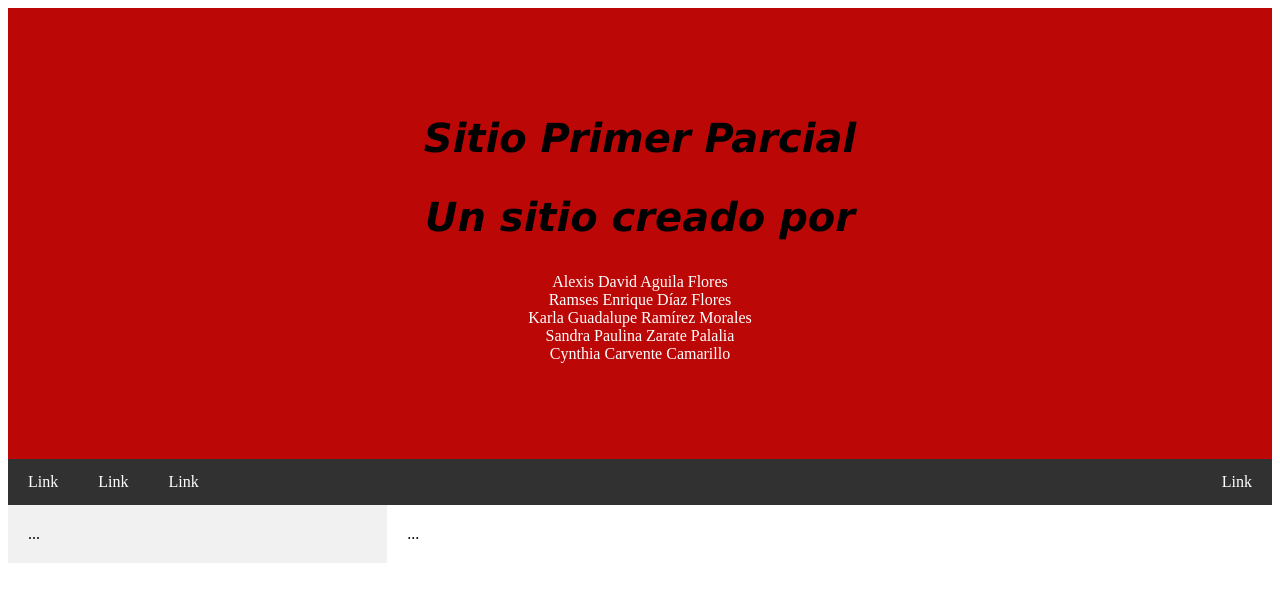
Repository: Dogueen/miniProyectoUniversidad
Page: miniProyecto/miniProyecto.html
These files come from the project's save history. The page is drawn as it stood at one moment and after the next save; the edit follows.
The browser window is 1280 px wide. The pictures show the whole page.

Above is the page before, as saved 2023-10-27 17:16:57.

After the next save:
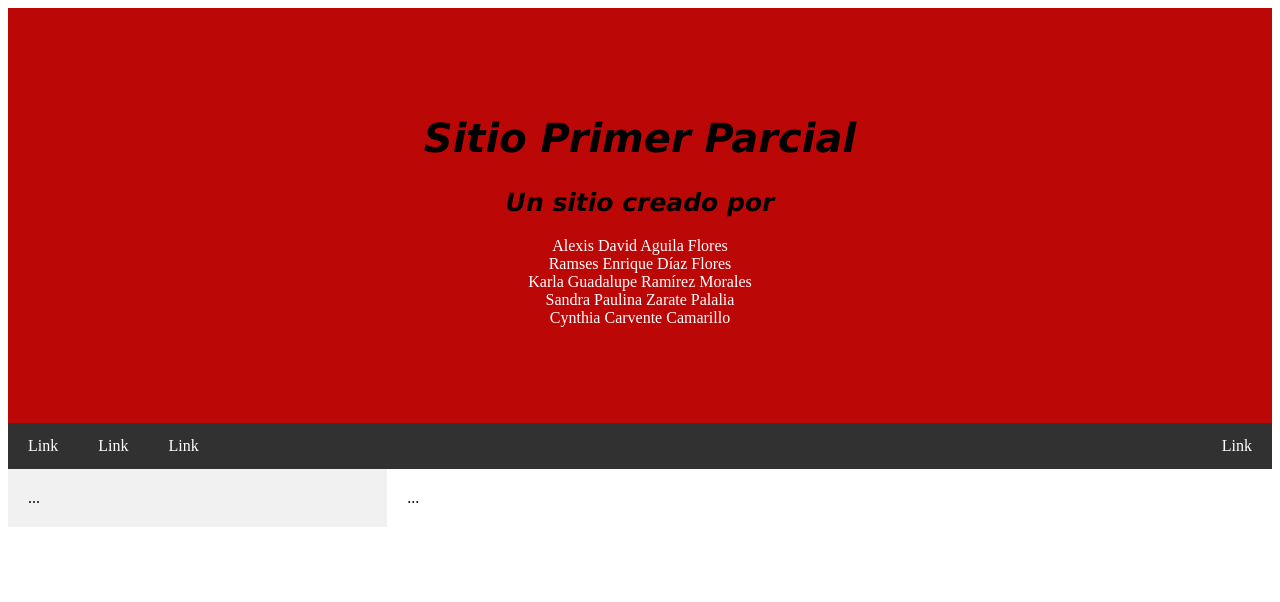
Saved 11 s later.
--- a/miniProyecto/styles/styles.css
+++ b/miniProyecto/styles/styles.css
@@ -22,7 +22,7 @@
 }
 
 .header h2  {
-    font-size: 40px;
+    font-size: 25px;
     font-style: italic ;
     font-family: Verdana, Geneva, Tahoma, sans-serif;
     color:#000000;
